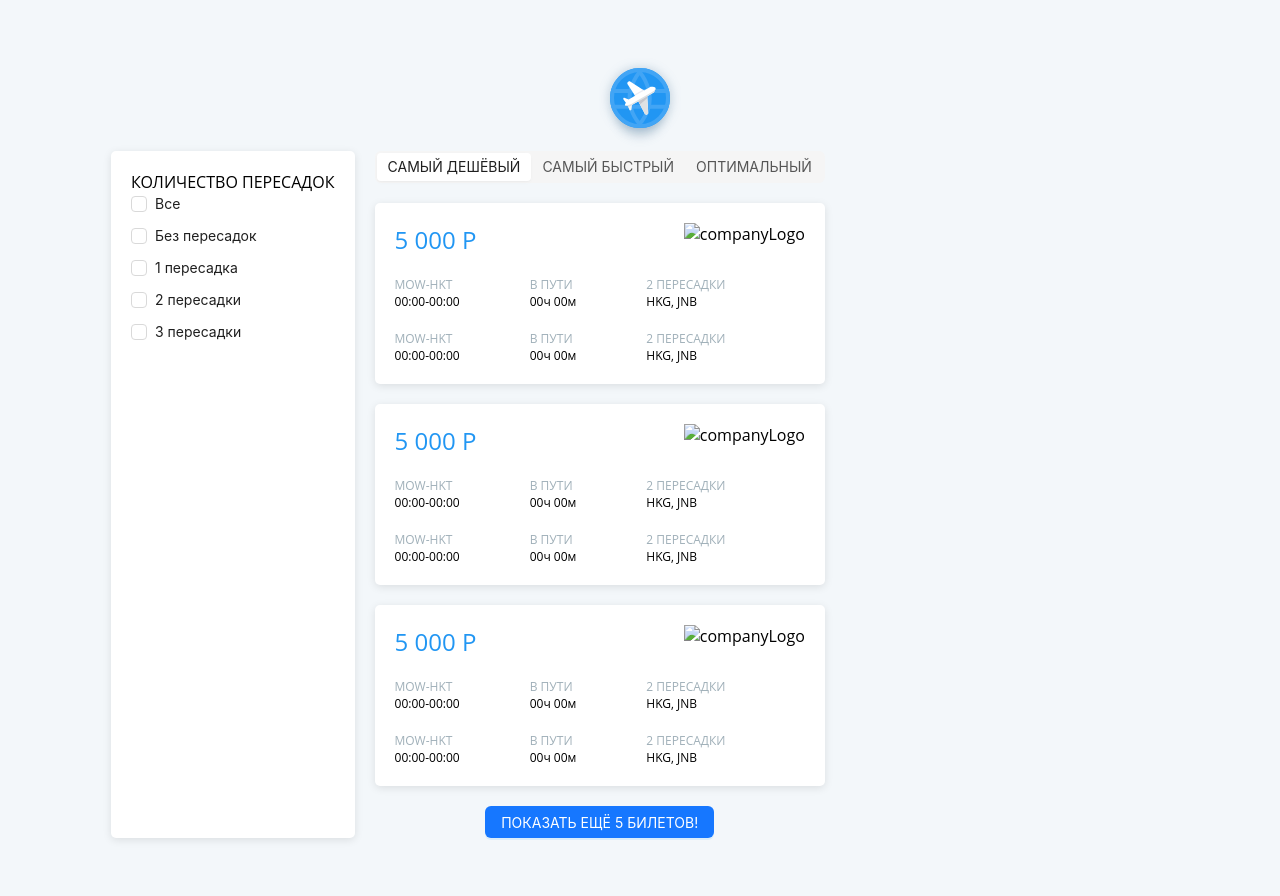
Repository: Dedoxa/aviasalesTickets
Page: /
These files come from the project's save history. The page is drawn as it stood at one moment and after the next save; the edit follows.
The browser window is 1280 px wide. The pictures show the whole page.
The project was rebuilt for these pictures with package versions that can differ from the ones it lists, and the page was loaded fresh each time. Also part of the build but not shown: vite.config.js.

Above is the page before, as saved 2024-10-19 17:09:46.

### index.html
<!doctype html>
<html lang="en">
  <head>
    <meta charset="UTF-8" />
    <meta name="viewport" content="width=device-width, initial-scale=1.0" />
    <title>AviasalesTickets</title>
  </head>
  <body>
    <div id="root"></div>
    <script type="module" src="/src/main.jsx"></script>
  </body>
</html>

### src/main.jsx
import { StrictMode } from 'react';
import { createRoot } from 'react-dom/client';

import App from './App.jsx';

createRoot(document.getElementById('root')).render(
  <StrictMode>
    <App />
  </StrictMode>
);

### src/App.jsx
import TransferFilters from './TransferFilters/TransferFilters.jsx';
import AppIcon from './AppIcon/AppIcon.jsx';
import PriceFilters from './PriceFilters/PriceFilters.jsx';
import TicketCard from './TicketCard/TicketCard.jsx';
import ShowMoreButton from './ShowMoreButton/ShowMoreButton.jsx';
import classes from './App.module.scss';

function App() {
  return (
    <main className={classes.App}>
      <AppIcon />
      <div style={{ display: 'flex', gap: '20px' }}>
        <TransferFilters />
        <div className={classes['priceFiltersAndTicketsContainer']}>
          <PriceFilters />
          <TicketCard />
          <TicketCard />
          <TicketCard />
          <ShowMoreButton />
        </div>
      </div>
    </main>
  );
}

export default App;

### src/TransferFilters/TransferFilters.jsx
import { Checkbox } from 'antd';

import { contentBox } from '../App.module.scss';

import classes from './TransferFilters.module.scss';

const TransferFilters = () => {
  return (
    <>
      <div className={contentBox}>
        <span className={classes.title}>КОЛИЧЕСТВО ПЕРЕСАДОК</span>
        <div className={classes.checkboxContainer}>
          <Checkbox>Все</Checkbox>
          <Checkbox>Без пересадок</Checkbox>
          <Checkbox>1 пересадка</Checkbox>
          <Checkbox>2 пересадки</Checkbox>
          <Checkbox>3 пересадки</Checkbox>
        </div>
      </div>
    </>
  );
};

export default TransferFilters;

### src/AppIcon/AppIcon.jsx
import classes from './AppIcon.module.scss';

const AppIcon = () => {
  return (
    <div className={classes.AppIcon}>
      <img src="/public/img/Logo.svg" alt="AviasalesIcon" />
    </div>
  );
};

export default AppIcon;

### src/PriceFilters/PriceFilters.jsx
import { Segmented } from 'antd';

const PriceFilters = () => {
  return <Segmented options={['САМЫЙ ДЕШЁВЫЙ', 'САМЫЙ БЫСТРЫЙ', 'ОПТИМАЛЬНЫЙ']} />;
};

export default PriceFilters;

### src/TicketCard/TicketCard.jsx
import { contentBox } from '../App.module.scss';

import classes from './TicketCard.module.scss';

const TicketCard = () => {
  return (
    <div className={contentBox} style={{ display: 'flex', flexDirection: 'column', gap: '20px' }}>
      <div className={classes.mainTicketInfo}>
        <span className={classes['price']}>5 000 Р</span>
        <img src="" alt="companyLogo"></img>
      </div>
      <div className={classes.otherTicketInfo}>
        <div className={classes['infoRow']}>
          <div className={classes['infoTwoLined']}>
            <div className={classes['titleLine']}>MOW-HKT</div>
            <div>00:00-00:00</div>
          </div>
          <div className={classes['infoTwoLined']}>
            <div className={classes['titleLine']}>В ПУТИ</div>
            <div>00ч 00м</div>
          </div>
          <div className={classes['infoTwoLined']}>
            <div className={classes['titleLine']}>2 ПЕРЕСАДКИ</div>
            <div>HKG, JNB</div>
          </div>
        </div>
        <div className={classes['infoRow']}>
          <div className={classes['infoTwoLined']}>
            <div className={classes['titleLine']}>MOW-HKT</div>
            <div>00:00-00:00</div>
          </div>
          <div className={classes['infoTwoLined']}>
            <div className={classes['titleLine']}>В ПУТИ</div>
            <div>00ч 00м</div>
          </div>
          <div className={classes['infoTwoLined']}>
            <div className={classes['titleLine']}>2 ПЕРЕСАДКИ</div>
            <div>HKG, JNB</div>
          </div>
        </div>
      </div>
    </div>
  );
};

export default TicketCard;

### src/ShowMoreButton/ShowMoreButton.jsx
import { Button } from 'antd';

import classes from './ShowMoreButton.module.scss';

const ShowMoreButton = () => {
  return (
    <div className={classes.showMoreButton}>
      <Button type="primary">ПОКАЗАТЬ ЕЩЁ 5 БИЛЕТОВ!</Button>
    </div>
);
};

export default ShowMoreButton;

### src/App.module.scss
@font-face {
  font-family: 'Open Sans';
  src: url('https://fonts.googleapis.com/css2?family=Open+Sans:ital,wght@0,300..800;1,300..800&display=swap');
}

.contentBox {
  display: inline-block;
  font-family: 'Open Sans', sans-serif;
  background-color: #fff;
  border-radius: 5px;
  box-shadow: 0 2px 8px 0 rgba(0, 0, 0, 0.1);
  padding: 20px;
}

body {
  background-color: #f3f7fa;
  padding: 50px 103px;
}

.App {
  .priceFiltersAndTicketsContainer {
    display: flex;
    flex-direction: column;
    gap: 20px;
  }
}

### src/TransferFilters/TransferFilters.module.scss
.title {
  margin-bottom: 20px;
}

.checkboxContainer {
  display: flex;
  flex-direction: column;
  gap: 10px;
}

### src/AppIcon/AppIcon.module.scss
.AppIcon {
    text-align: center;
}

### src/TicketCard/TicketCard.module.scss
.mainTicketInfo,
.otherTicketInfo {
  display: flex;
}

.mainTicketInfo {
  justify-content: space-between;

  .price {
    color: #2196F3;
    font-size: 24px;
  }
}

.otherTicketInfo {
  flex-direction: column;
  gap: 20px;

  .infoRow {
    display: flex;
    gap: 70px;
  }

  .infoTwoLined {
    display: flex;
    flex-direction: column;
    font-size: 12px;

    .titleLine {
        color: #A0B0B9;
    }
  }
}

### src/ShowMoreButton/ShowMoreButton.module.scss
.showMoreButton {
    text-align: center;
}

After the next save:
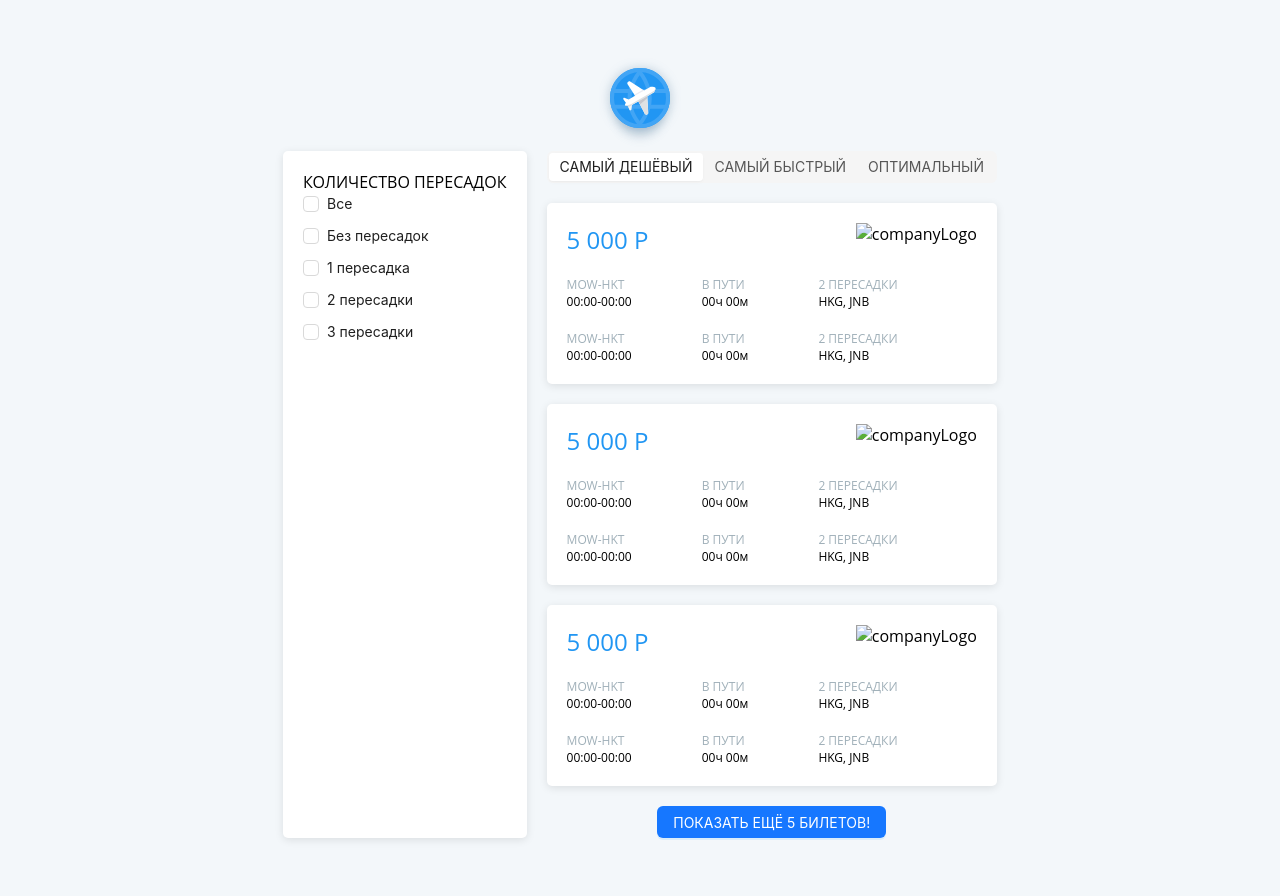
Saved 4 min 14 s later.
--- a/src/App.jsx
+++ b/src/App.jsx
@@ -9,7 +9,7 @@ function App() {
   return (
     <main className={classes.App}>
       <AppIcon />
-      <div style={{ display: 'flex', gap: '20px' }}>
+      <div style={{ display: 'flex', gap: '20px', justifyContent: 'center' }}>
         <TransferFilters />
         <div className={classes['priceFiltersAndTicketsContainer']}>
           <PriceFilters />
